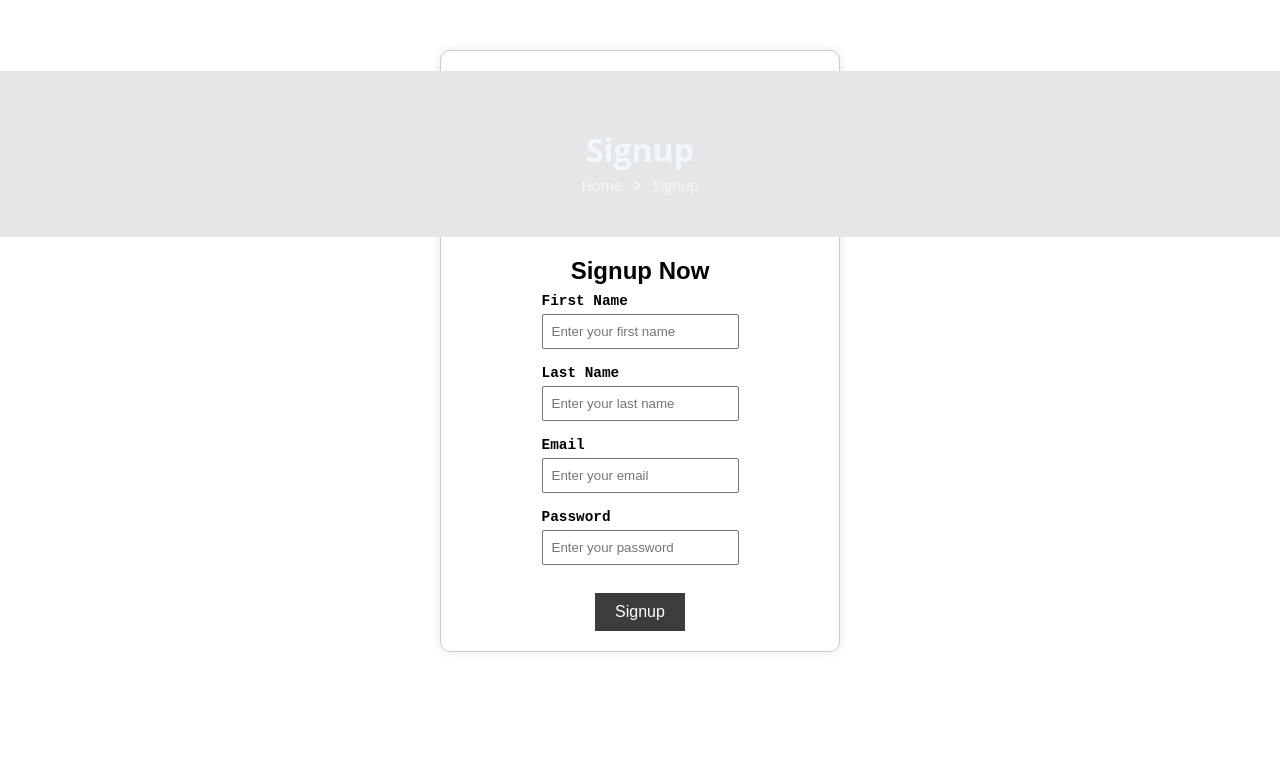
Repository: jkvekariya/Online-store-Management
Page: /auth/signup (app in frontend/client/)
These files come from the project's save history. The page is drawn as it stood at one moment and after the next save; the edit follows.
The browser window is 1280 px wide. The pictures show the whole page.
The project was rebuilt for these pictures with package versions that can differ from the ones it lists, and the page was loaded fresh each time. Also part of the build but not shown: frontend/client/vite.config.js, frontend/client/src/css/header.css, frontend/client/src/css/sidebar.css, frontend/client/src/components/Sidebar.jsx, frontend/client/src/context/CartContext.jsx, frontend/client/src/components/Header.jsx, frontend/client/src/css/footer.css, frontend/client/src/components/Footer.jsx and 11 more.

Above is the page before, as saved 2026-01-02 13:35:51.

After the next save:
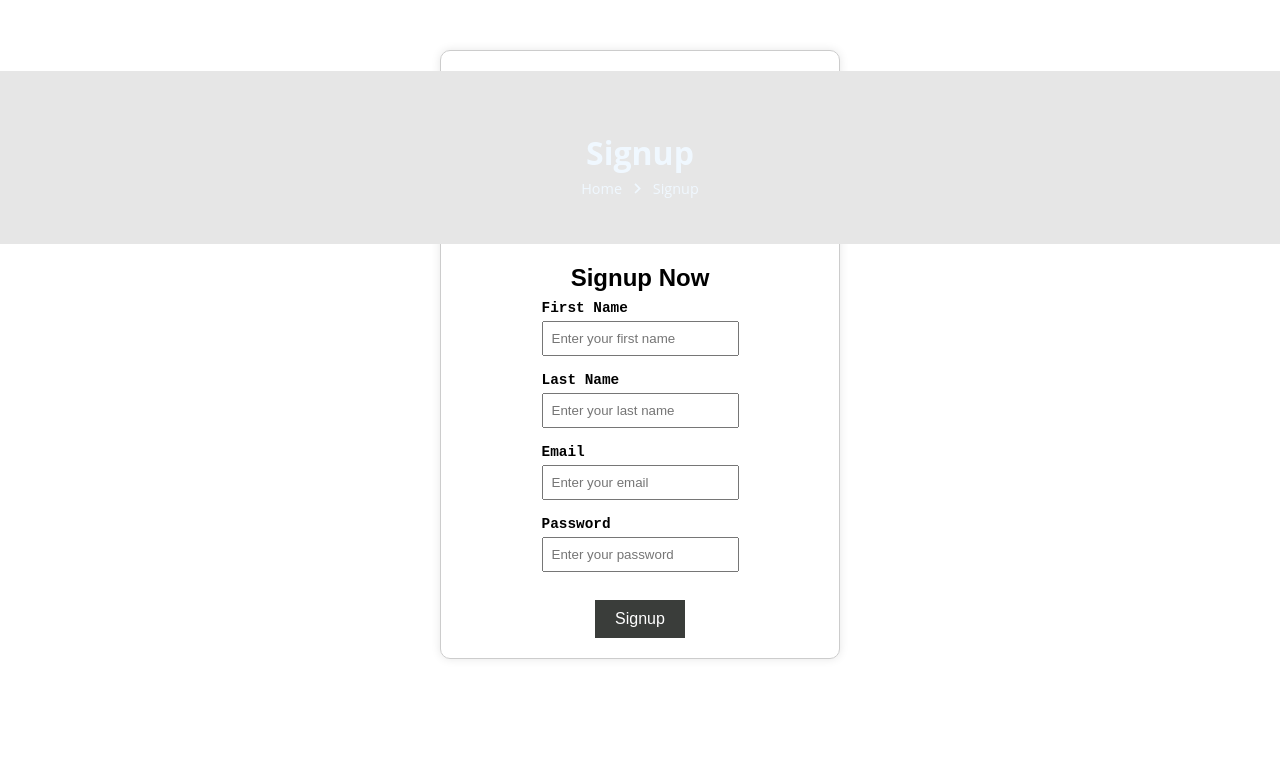
Saved 4 s later.
--- a/frontend/client/src/css/bodyheader.css
+++ b/frontend/client/src/css/bodyheader.css
@@ -9,7 +9,7 @@
 }
 
   .b-header-bg {
-    height: 23vh;
+    height: 24vh;
     width: 100vw;
     /* background-color: aqua; */
     background: var(--background-color);
